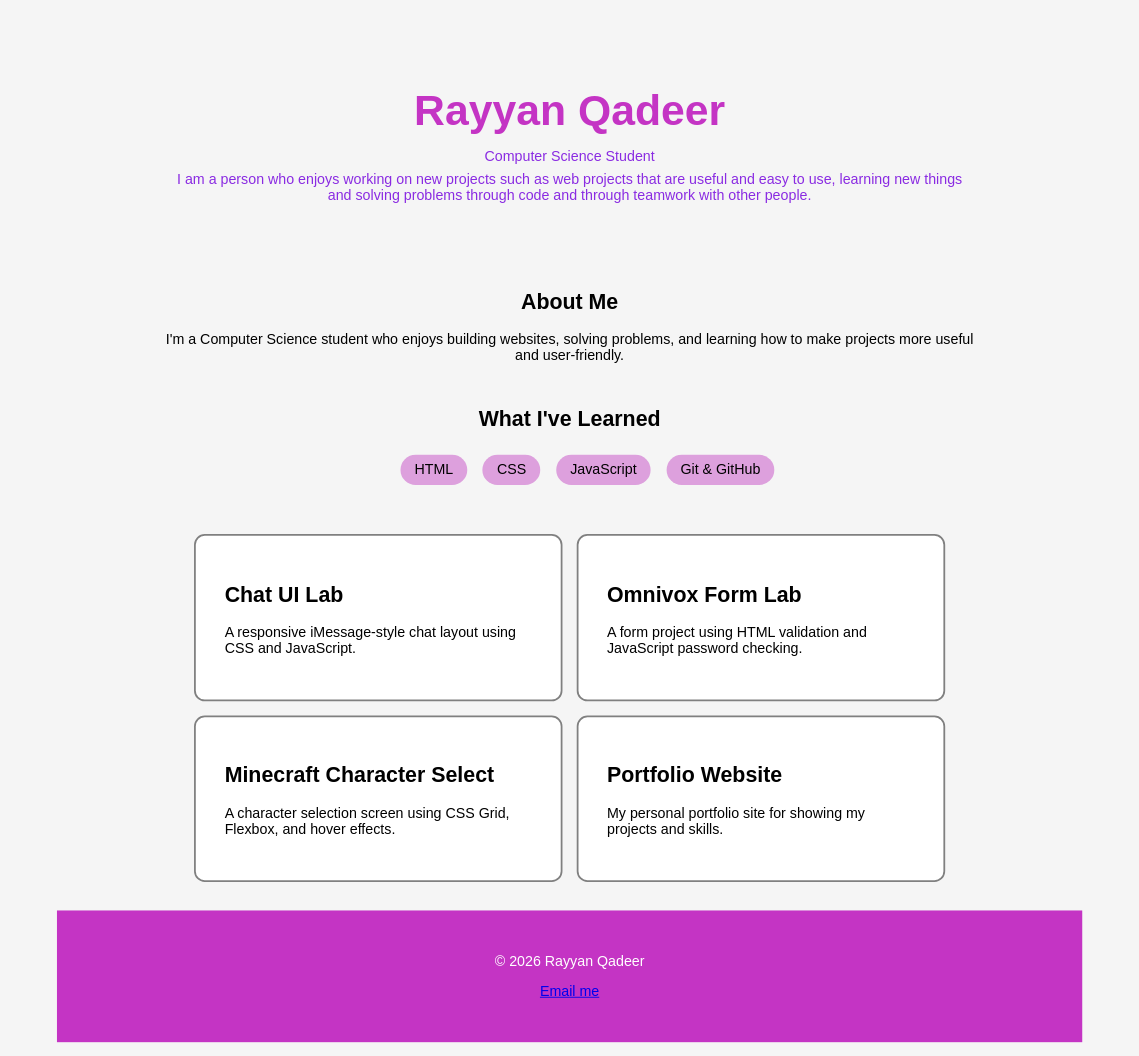
Repository: rayyan-qadeer/rayyan-qadeer
Page: index.html
The author's editor kept a copy of each file at every save. The page is drawn from the files as they stood at one save, then again after the next save.
The browser window is 1280 px wide. The pictures show the whole page, at 89% of full size.

Above is the page before, as saved 2026-05-06 13:41:27.

After the next save:
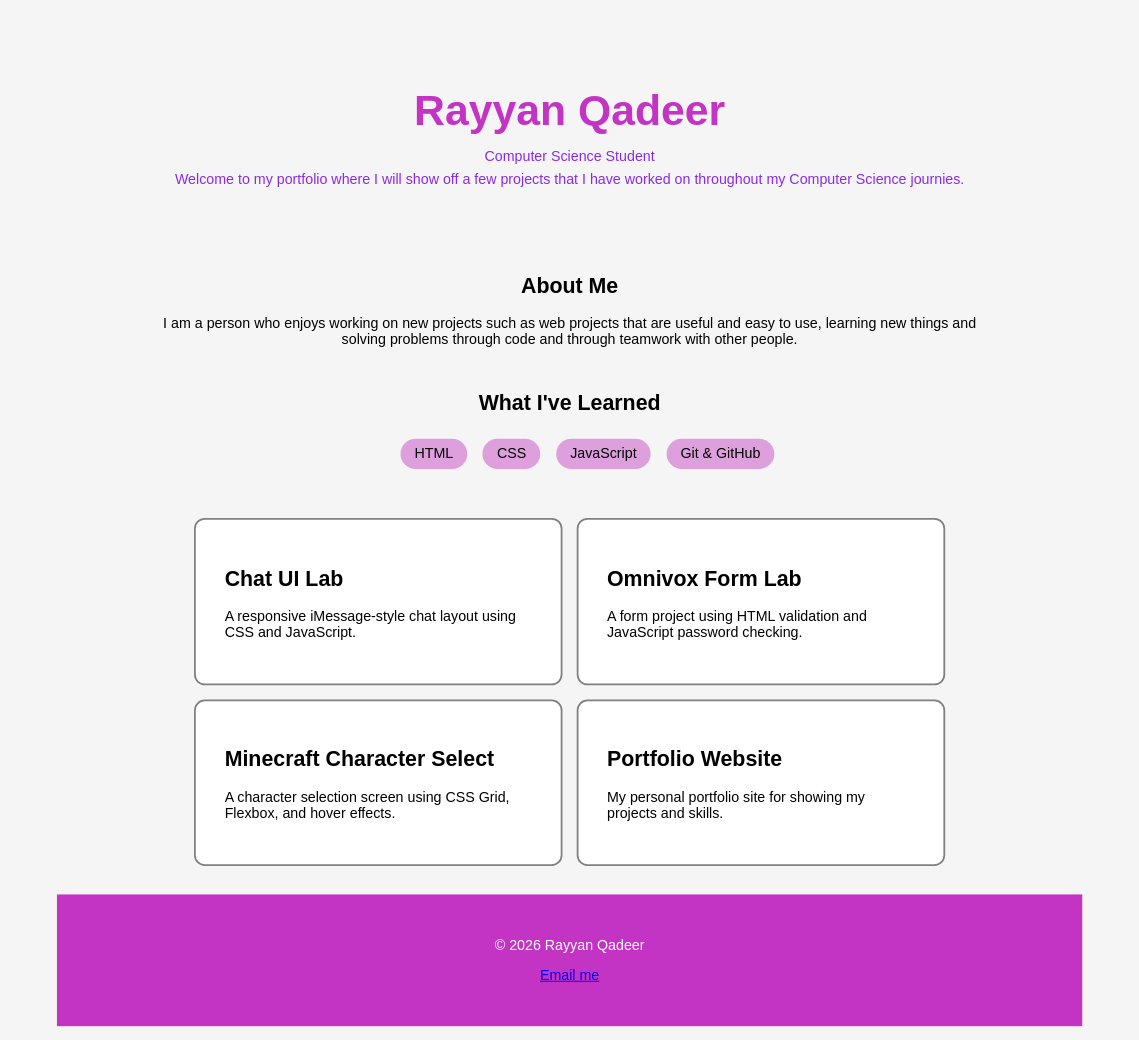
Saved 2 min 56 s later.
--- a/index.html
+++ b/index.html
@@ -13,18 +13,17 @@
         <h1>Rayyan Qadeer</h1>
         <p class="subtitle">Computer Science Student</p>
         <p class="description">
-          I am a person who enjoys working on new projects such as web projects
-          that are useful and easy to use, learning new things and solving
-          problems through code and through teamwork with other people.
+          Welcome to my portfolio where I will show off a few projects that I
+          have worked on throughout my Computer Science journies.
         </p>
       </header>
 
       <section class="about">
         <h2>About Me</h2>
         <p>
-          I'm a Computer Science student who enjoys building websites, solving
-          problems, and learning how to make projects more useful and
-          user-friendly.
+          I am a person who enjoys working on new projects such as web projects
+          that are useful and easy to use, learning new things and solving
+          problems through code and through teamwork with other people.
         </p>
       </section>
 
